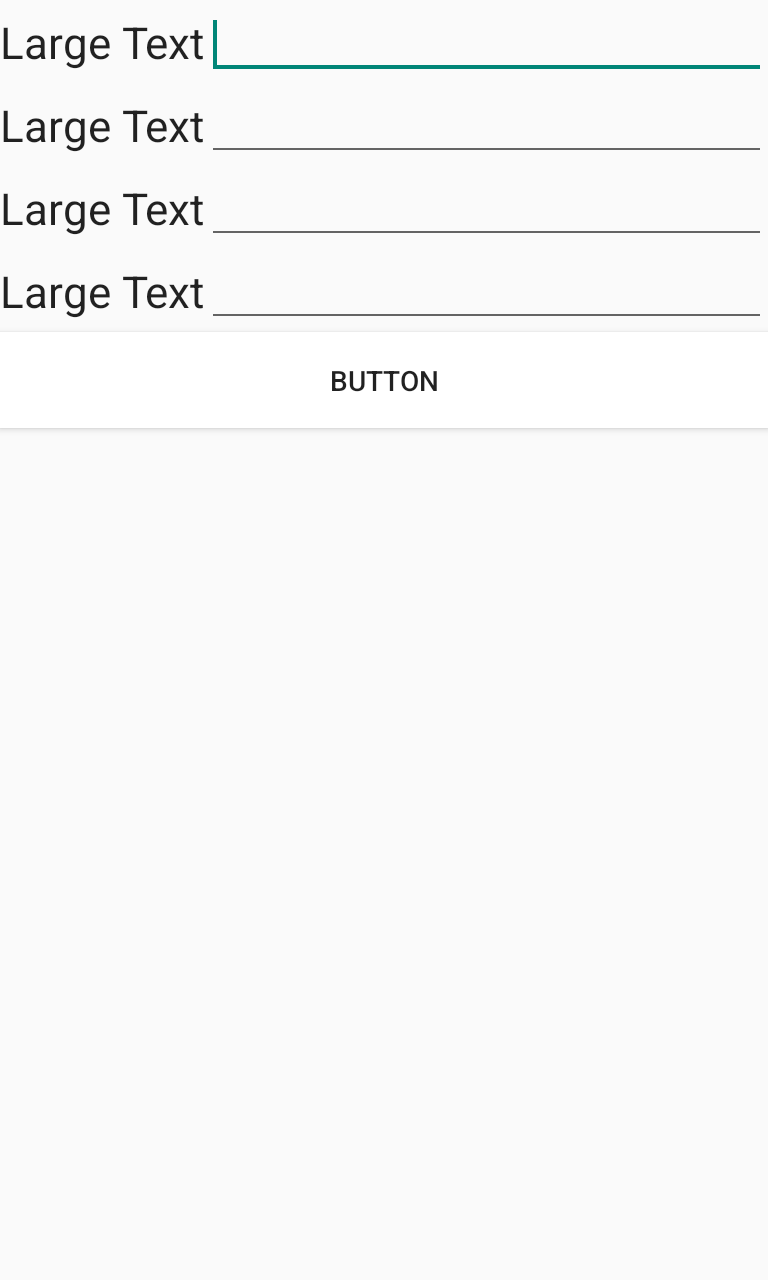
Repository: charlesweng/school
Layout: simpleandroidapps/GettingToKnowUIActivities/charleswengScoringProject/charleswengScoring/res/layout/fragment_teamdialog.xml
These files come from the project's save history. The layout is drawn as it stood at one moment and after the next save; the edit follows.
It is drawn on a 768 x 1280 px phone screen (xhdpi) without system bars, with theme AppTheme; the app's code is not run.

Above is the layout before, as saved 2014-04-26 08:38:37.

### simpleandroidapps/GettingToKnowUIActivities/charleswengScoringProject/charleswengScoring/res/layout/fragment_teamdialog.xml
<?xml version="1.0" encoding="utf-8"?>
<RelativeLayout xmlns:android="http://schemas.android.com/apk/res/android"
    android:layout_width="match_parent"
    android:layout_height="match_parent"
    android:orientation="vertical" >

    <TextView
        android:id="@+id/team1name"
        android:layout_width="wrap_content"
        android:layout_height="wrap_content"
        android:layout_alignParentTop="true"
        android:layout_alignParentLeft="true"
        android:layout_alignBaseline="@+id/editTeam1"
        android:text="Large Text"
        android:textAppearance="?android:attr/textAppearanceLarge" />

    <TextView
        android:id="@+id/team2name"
        android:layout_width="wrap_content"
        android:layout_height="wrap_content"
        android:layout_below="@+id/team1name"
        android:layout_alignBaseline="@+id/editTeam2"
        android:layout_alignParentLeft="true"
        android:text="Large Text"
        android:textAppearance="?android:attr/textAppearanceLarge" />

    <TextView
        android:id="@+id/team1score"
        android:layout_width="wrap_content"
        android:layout_height="wrap_content"
        android:layout_below="@+id/team2name"
        android:layout_alignBaseline="@+id/editScore1"
        android:layout_alignParentLeft="true"
        android:text="Large Text"
        android:textAppearance="?android:attr/textAppearanceLarge" />

    <TextView
        android:id="@+id/team2score"
        android:layout_width="wrap_content"
        android:layout_height="wrap_content"
        android:layout_below="@+id/team1score"
        android:layout_alignBaseline="@+id/editScore2"
        android:layout_alignParentLeft="true"
        android:text="Large Text"
        android:textAppearance="?android:attr/textAppearanceLarge" />

    <EditText
        android:id="@+id/editTeam1"
        android:layout_width="fill_parent"
        android:layout_height="wrap_content"
        android:layout_alignParentRight="true"
        android:layout_alignParentTop="true"
        android:layout_toRightOf="@+id/team1name"
        android:ems="10" >
        <requestFocus />
    </EditText>

    <EditText
        android:id="@+id/editTeam2"
        android:layout_width="fill_parent"
        android:layout_height="wrap_content"
        android:layout_alignParentRight="true"
        android:layout_below="@+id/editTeam1"
        android:layout_toRightOf="@+id/team2name"
        android:ems="10" >
    </EditText>

    <EditText
        android:id="@+id/editScore1"
        android:layout_width="fill_parent"
        android:layout_height="wrap_content"
        android:layout_alignParentRight="true"
        android:layout_below="@+id/editTeam2"
        android:layout_toRightOf="@+id/team1score"
        android:ems="10" >
    </EditText>

    <EditText
        android:id="@+id/editScore2"
        android:layout_width="fill_parent"
        android:layout_height="wrap_content"
        android:layout_alignParentRight="true"
        android:layout_below="@+id/editScore1"
        android:layout_toRightOf="@+id/team2score"
        android:ems="10" >
    </EditText>

    <Button
        android:id="@+id/button1"
        android:layout_width="fill_parent"
        android:layout_height="wrap_content"
        android:layout_below="@+id/editScore2"
        android:layout_centerHorizontal="true"
        android:text="Button"
        android:background="#FFF"/>

</RelativeLayout>

### simpleandroidapps/GettingToKnowUIActivities/charleswengScoringProject/charleswengScoring/res/values/strings.xml
<?xml version="1.0" encoding="utf-8"?>
<resources>

    <string name="app_name">charleswengScoring</string>
    <string name="hello_world">Hello world!</string>
    <string name="action_settings">Settings</string>
    <string name="enter_date">Enter Date</string>
    <string name="date">Date</string>
    <string name="enter_game">Enter Game</string>
    <string name="team_1">Team 1</string>
    <string name="team_2">Team 2</string>
    <string name="zero">0</string>
    <string name="next_game">Next Game</string>
    <string name="title_activity_date_picker">DatePicker</string>

</resources>

Loaded but not shown: simpleandroidapps/GettingToKnowUIActivities/charleswengScoringProject/charleswengScoring/res/values/styles.xml (common file); simpleandroidapps/GettingToKnowUIActivities/charleswengScoringProject/charleswengScoring/res/values-v11/styles.xml (common file); simpleandroidapps/GettingToKnowUIActivities/charleswengScoringProject/charleswengScoring/res/values-v14/styles.xml (common file)

After the next save:
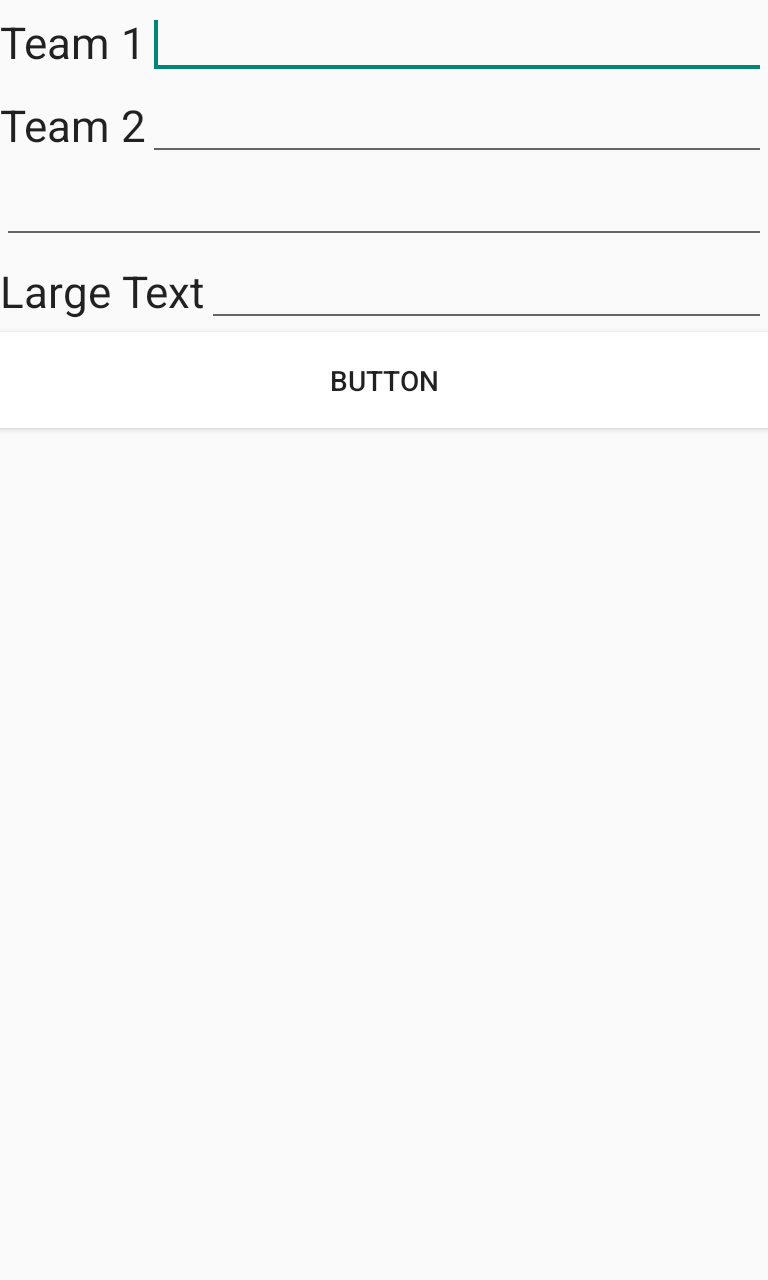
Saved 74 s later.
--- a/simpleandroidapps/GettingToKnowUIActivities/charleswengScoringProject/charleswengScoring/res/layout/fragment_teamdialog.xml
+++ b/simpleandroidapps/GettingToKnowUIActivities/charleswengScoringProject/charleswengScoring/res/layout/fragment_teamdialog.xml
@@ -11,7 +11,7 @@
         android:layout_alignParentTop="true"
         android:layout_alignParentLeft="true"
         android:layout_alignBaseline="@+id/editTeam1"
-        android:text="Large Text"
+        android:text="@string/team_1"
         android:textAppearance="?android:attr/textAppearanceLarge" />
 
     <TextView
@@ -21,7 +21,7 @@
         android:layout_below="@+id/team1name"
         android:layout_alignBaseline="@+id/editTeam2"
         android:layout_alignParentLeft="true"
-        android:text="Large Text"
+        android:text="@string/team_2"
         android:textAppearance="?android:attr/textAppearanceLarge" />
 
     <TextView
@@ -31,7 +31,7 @@
         android:layout_below="@+id/team2name"
         android:layout_alignBaseline="@+id/editScore1"
         android:layout_alignParentLeft="true"
-        android:text="Large Text"
+        android:text=""
         android:textAppearance="?android:attr/textAppearanceLarge" />
 
     <TextView
